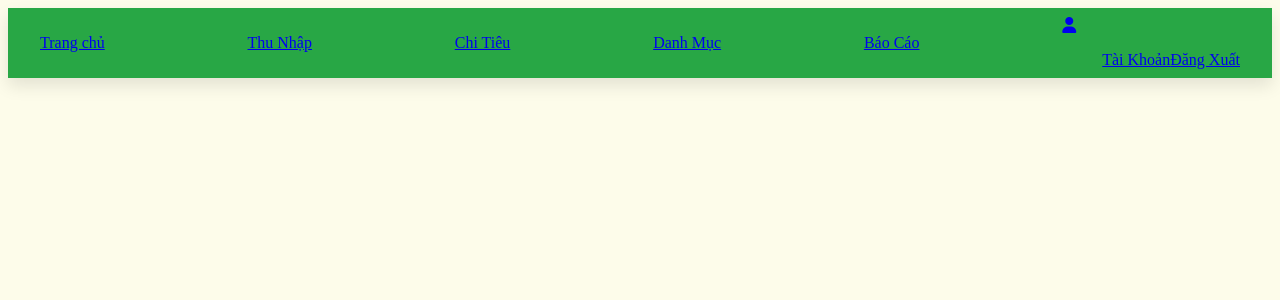
Repository: Dien973/expense_manager
Page: http://localhost/expense_manager/user_page/home.php
These files come from the project's save history. The page is drawn as it stood at one moment and after the next save; the edit follows.
The browser window is 1280 px wide. The pictures show the whole page.
The page is run by PHP 8.4 with error messages shown; the project is at /var/www/html/.

Above is the page before, as saved 2025-12-05 18:46:21.

After the next save:
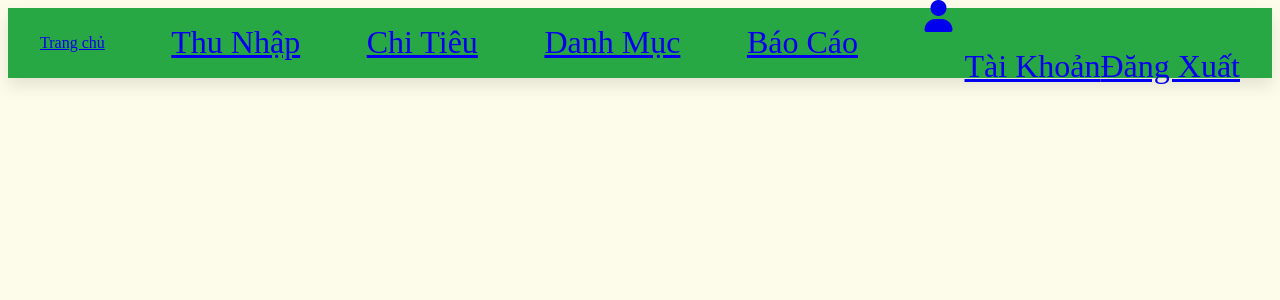
Saved 51 s later.
--- a/css/header.css
+++ b/css/header.css
@@ -25,6 +25,9 @@
   position: relative;
 }
 
+.header .flex li a {
+  font-size: 2rem;
+}
 /*
 .header .flex .logo {
   font-size: 2.5rem;
@@ -33,13 +36,7 @@
 
 
 
-.header .flex li a {
-  font-size: 2rem;
-  padding: 1rem 1.5rem;
-  display: block;
-  color: #cfeadb;
-  text-transform: capitalize;
-}
+
 
 .header .flex li a:hover {
   background-color: #28a745;
